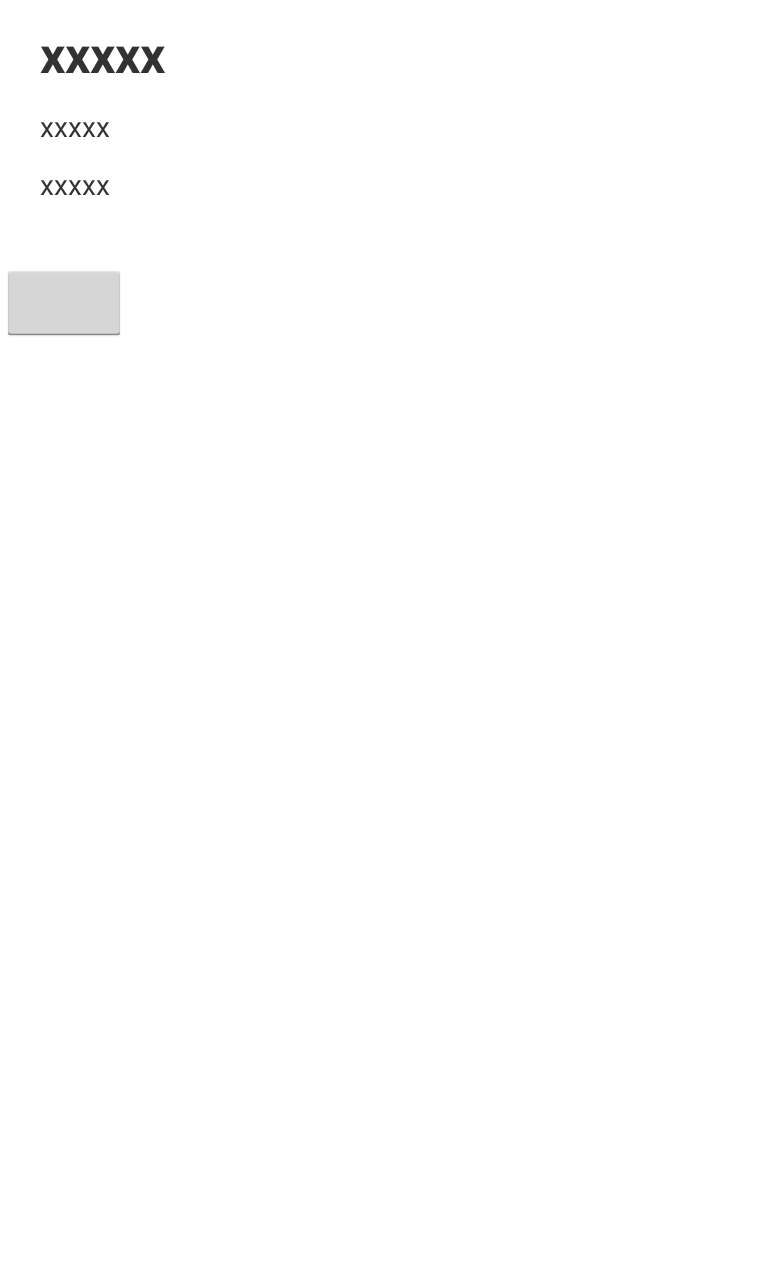
Repository: SettawutSomboon/SouthNationalPark
Layout: SouthNationalParkTravel/SouthNationalPark/res/layout/test.xml
The author's editor kept a copy of each file at every save. The layout is drawn from the files as they stood at one save, then again after the next save.
It is drawn on a 768 x 1280 px phone screen (xhdpi) without system bars, with theme AppTheme; the app's code is not run.

Above is the layout before, as saved 2015-02-28 07:22:33.

After the next save:
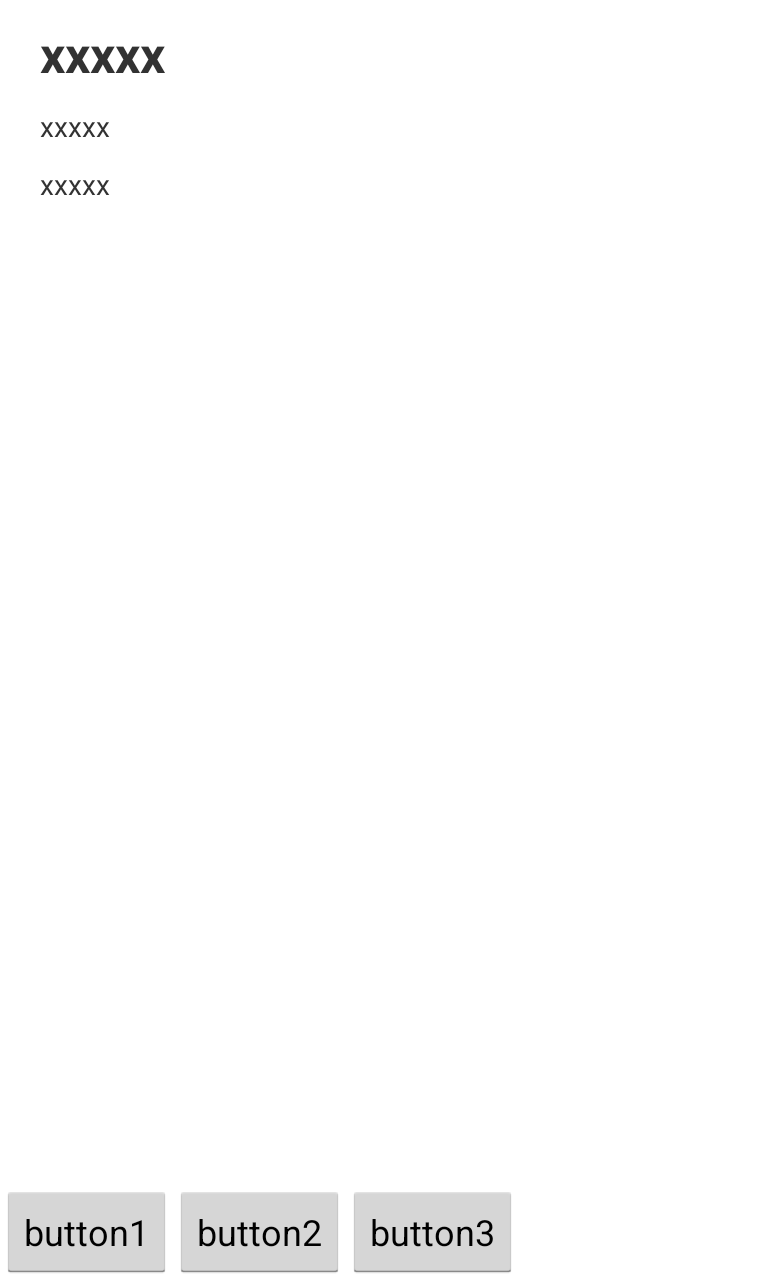
Saved 2 min 16 s later.
--- a/SouthNationalParkTravel/SouthNationalPark/res/layout/test.xml
+++ b/SouthNationalParkTravel/SouthNationalPark/res/layout/test.xml
@@ -1,7 +1,7 @@
 <?xml version="1.0" encoding="utf-8"?>
-<LinearLayout xmlns:android="http://schemas.android.com/apk/res/android"
+<RelativeLayout xmlns:android="http://schemas.android.com/apk/res/android"
     android:layout_width="match_parent"
-    android:layout_height="wrap_content"
+    android:layout_height="match_parent"
     android:orientation="vertical" >
 
     <ScrollView
@@ -48,7 +48,7 @@
     </ScrollView>
 
     <LinearLayout
-        android:layout_width="fill_parent"
+        android:layout_width="match_parent"
         android:layout_height="wrap_content"
         android:layout_alignParentBottom="true"
         android:layout_centerHorizontal="true"
@@ -56,12 +56,19 @@
 
         <Button
             android:layout_width="wrap_content"
-            android:layout_height="40dp"
+            android:layout_height="wrap_content"
             android:layout_gravity="bottom"
-            android:layout_marginRight="3dp"
-            android:layout_marginTop="1dp" />
-
-
+            android:text="button1" />
+        <Button
+            android:layout_width="wrap_content"
+            android:layout_height="wrap_content"
+            android:layout_gravity="bottom"
+            android:text="button2" />
+        <Button
+            android:layout_width="wrap_content"
+            android:layout_height="wrap_content"
+            android:layout_gravity="bottom"
+            android:text="button3" />
     </LinearLayout>
 
-</LinearLayout>
+</RelativeLayout>
